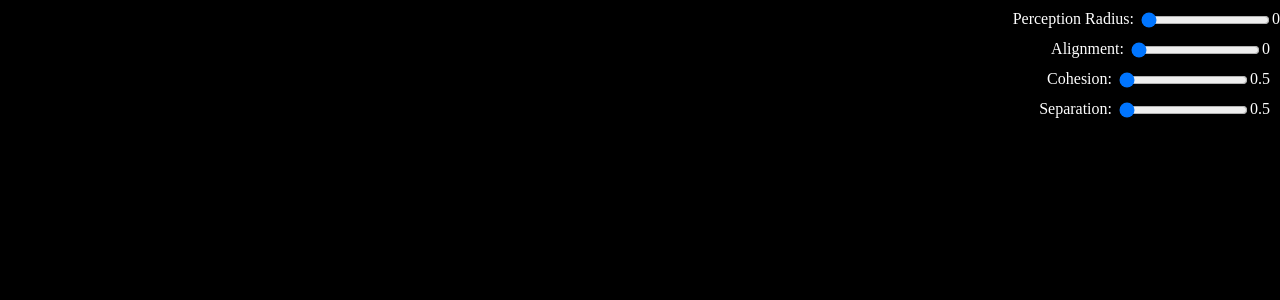
Repository: eltonsampaio12/boids
Page: index.html
An editor plug-in stored every save of this project. The page is shown before and after the next save, followed by the edit.
The browser window is 1280 px wide. The pictures show the whole page.

Above is the page before, as saved 2024-01-29 16:24:56.
Not found: main.ts

### index.html
<!DOCTYPE html>
<html lang="en">
  <head>
    <meta charset="utf-8" />
    <title>My first three.js app</title>
    <style>
      body {
        margin: 0;
        background-color: black;
      }
      .perceptionRadiusLabel,
      .alignmentLabel,
      .cohesionLabel,
      .separationLabel {
        color: white;
        margin-right: 5px;
      }

      .parameterParent {
        display: flex;
        justify-content: flex-end;
        margin-left: 10px;
        margin-top: 10px;
      }

      .parameterValue {
        color: white;
        margin-right: 10px;
      }

      span {
        color: white;
      }
    </style>
  </head>
  <body>
    <script type="module" src="/main.ts"></script>

    <div class="parameterParent">
      <label class="perceptionRadiusLabel" for="perceptionRadiusSlider"
        >Perception Radius:</label
      >
      <input
        type="range"
        id="perceptionRadiusSlider"
        min="0"
        max="100"
        value="0"
        step="1"
      />
      <span id="perceptionRadiusValue">0</span>
    </div>

    <div class="parameterParent">
      <label class="alignmentLabel" for="alignmentSlider">Alignment:</label>
      <input
        type="range"
        id="alignmentSlider"
        min="0"
        max="100"
        value="0"
        step="0.001"
      />
      <span class="parameterValue" id="alignmentValue">0</span>
    </div>

    <div class="parameterParent">
      <label class="cohesionLabel" for="cohesionSlider">Cohesion:</label>
      <input
        type="range"
        id="cohesionSlider"
        min="0"
        max="100"
        value="0"
        step="0.1"
      />
      <span class="parameterValue" id="cohesionValue">0.5</span>
    </div>

    <div class="parameterParent">
      <label class="separationLabel" for="separationSlider">Separation:</label>
      <input
        type="range"
        id="separationSlider"
        min="0"
        max="100"
        value="0"
        step="0.1"
      />
      <span class="parameterValue" id="separationValue">0.5</span>
    </div>
  </body>
</html>

After the next save:
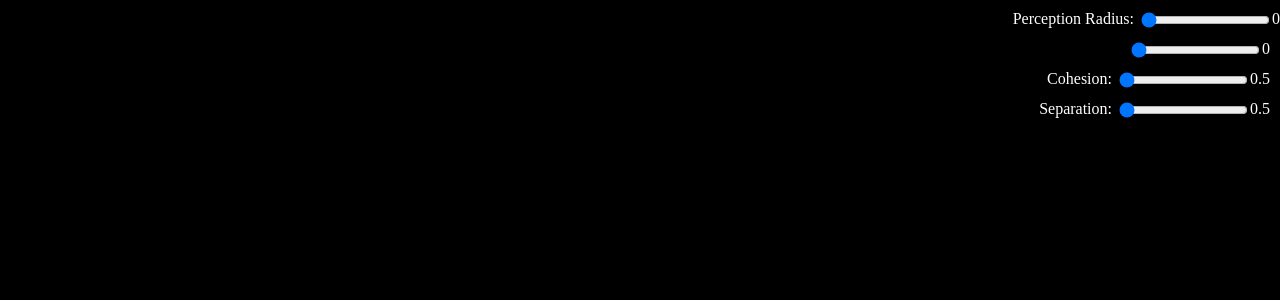
Saved 19 s later.
--- a/index.html
+++ b/index.html
@@ -52,7 +52,6 @@
     </div>
 
     <div class="parameterParent">
-      <label class="alignmentLabel" for="alignmentSlider">Alignment:</label>
       <input
         type="range"
         id="alignmentSlider"

After the save that followed:
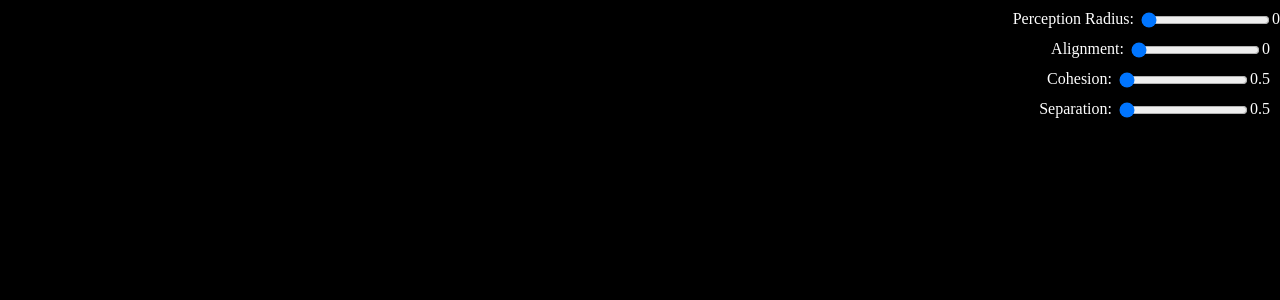
Saved 20 s later.
--- a/index.html
+++ b/index.html
@@ -52,6 +52,7 @@
     </div>
 
     <div class="parameterParent">
+      <label class="alignmentLabel" for="alignmentSlider">Alignment:</label>
       <input
         type="range"
         id="alignmentSlider"
